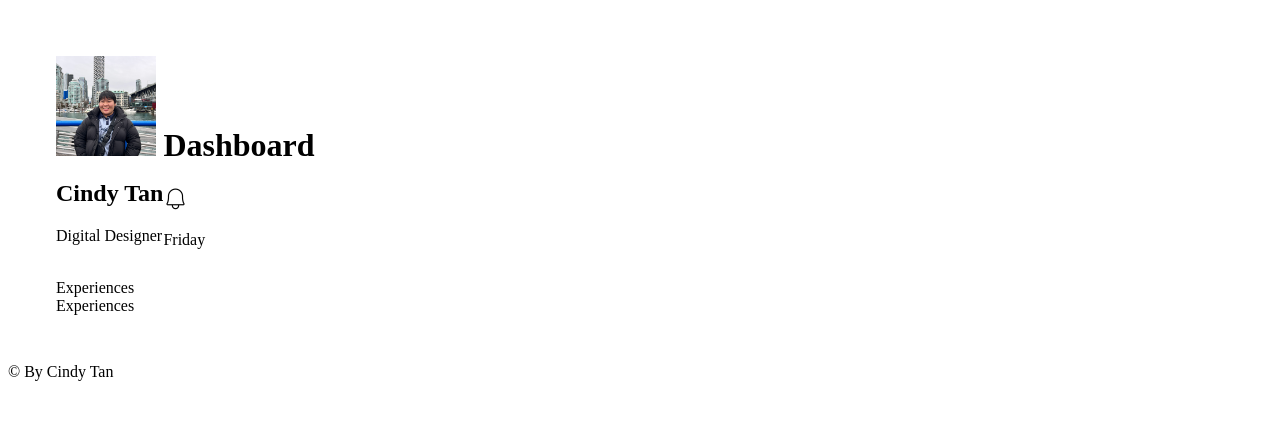
Repository: Cindy-tan/Assessment-_1
Page: /
An editor plug-in stored every save of this project. The page is shown before and after a run of saves, followed by the edit.
The browser window is 1280 px wide. The pictures show the whole page.
The project was rebuilt for these pictures with package versions that can differ from the ones it lists, and the page was loaded fresh each time. The framework's server and built-in components were replaced by stand-ins that run in the browser. Also part of the build but not shown: next.config.js, components/Header/Header.module.css, components/Card/Card.module.css, components/Card/index.js, components/Footer/Footer.module.css, components/MenuItem/MenuItem.module.css, components/SideNavigation/SideNavigation.module.css.

Above is the page before, as saved 2024-01-18 23:25:19.

After the next 3 saves:
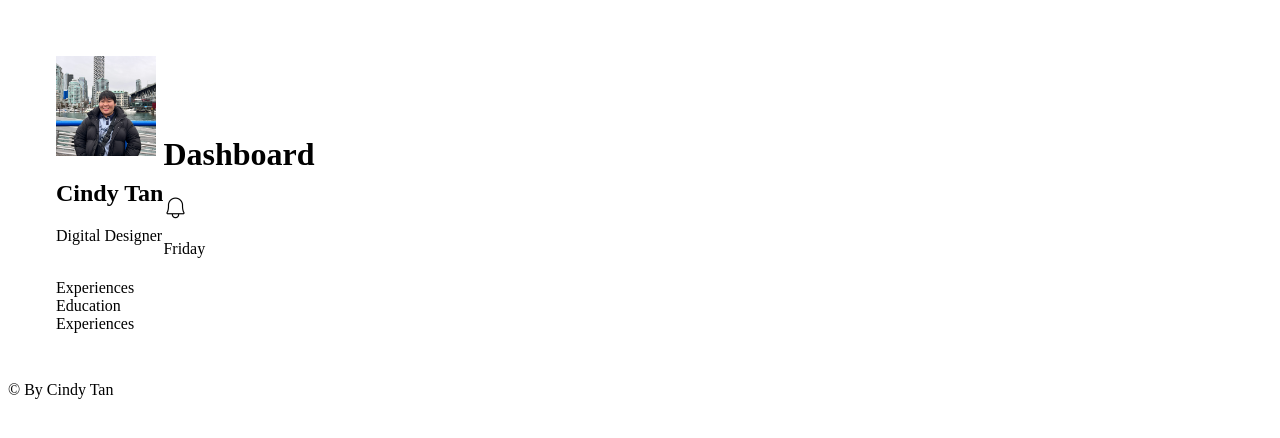
The 3 saves are shown as one change because they came seconds apart.
The last was saved 9 s later.
--- a/components/SideNavigation/index.js
+++ b/components/SideNavigation/index.js
@@ -11,6 +11,7 @@ export default function SideNavigation() {
                 <p>Digital Designer</p>
                 <br/>
                 <MenuItem title="Experiences"/>
+                <MenuItem title="Education"/>
                 <MenuItem title="Experiences"/>
 
             </div>
